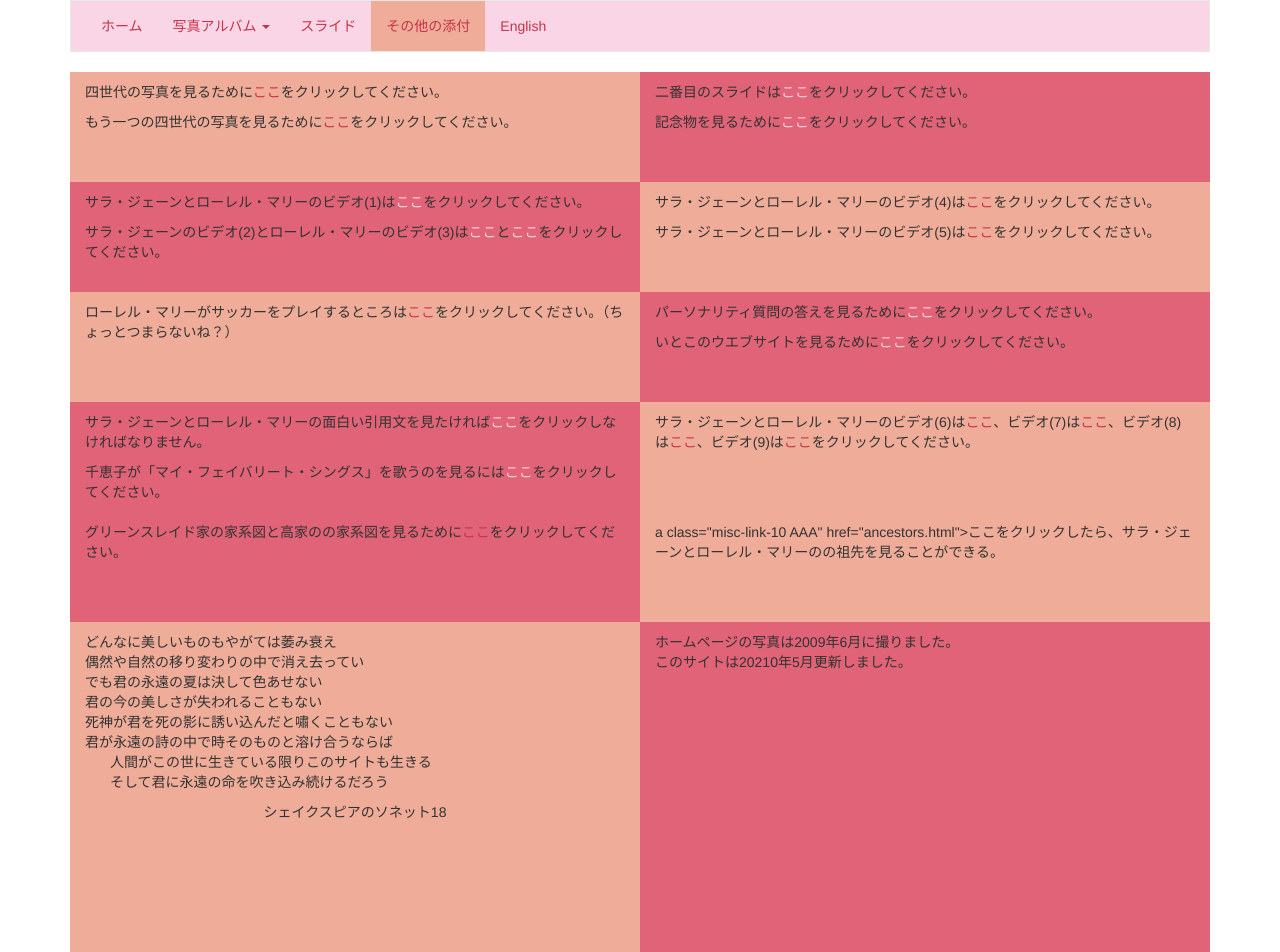
Repository: George2916/Sarah-Jane-and-Laurel-Marie
Page: misc-jap.html
The author's editor kept a record of every edit. The page is drawn from the files as they stood at one moment, then again after the next edit.
The browser window is 1280 px wide. The pictures show the whole page.

Above is the page before.
Console error: TypeError: Cannot read properties of null (reading 'style')

### misc-jap.html
<!DOCTYPE html>
<html>
<head>

    <meta charset="utf-8">
    <meta http-equiv="X-UA-Compatible" content="IE-edge">
    <meta name="viewport" content="width=device-width, initial-scale=1">
    <!--[if lt IE 9]
<script src="https://oss.maxcdn.com/html5shiv/3.7.2/html5shiv.min.js"></script>
<script src="https://oss.maxcdn.com/respond/1.4.2/respond.min.js"></script>
<![endif]-->

  <title>Miscellaneous - Japanese</title>

    <link rel="stylesheet" type="text/css" href="css/bootstrap.css">
    <link rel="stylesheet" type="text/css" href="css/mystyle.css">
    <link href="https://fonts.googleapis.com/css?family=Permanent+Marker" rel="stylesheet">


</head>

<body>

<div class="container">

    <!--collapsing navbar-->

    <nav class="navbar navbar-default">

    <div class="navbar-header">
        <button type="button" class="navbar-toggle" data-toggle="collapse" data-target="#myNavbar"><span class="glyphicon glyphicon-menu-hamburger"></span></button>
    </div>

    <div class="collapse navbar-collapse" id="myNavbar">
        <ul class="nav navbar-nav">
            <li class="DDDD"><a class="home" href="home-jap.html">ホーム</a></li>
            <li class="dropdown DDDD"><a class="active dropdown-toggle gallery-0" data-toggle="dropdown" href="#">写真アルバム <span class="caret"></span></a>
                <ul class="dropdown-menu">
                    <li><a class="gallery-1" href="gallery1-jap.html">写真アルバム 　-　2001年1月　/　2004年2月</a></li>
                    <li><a class="gallery-2" href="gallery2-jap.html">写真アルバム 　-　2004年2月　/　2006年12月</a></li>
                    <li><a class="gallery3" href="gallery3-jap.html">写真アルバム 　-　2007年6月　/　2008年11月</a></li>
                    <li><a class="gallery4" href="gallery4-jap.html">写真アルバム 　-　2008年11月　/　2009年9月</a></li>
                </ul>
            </li>
            <li class="DDDD"><a class="slideshow" href="slideshow-jap.html">スライド</a></li>
            <li class="active non-drop DDDD"><a class="misc" href="misc-jap.html">その他の添付</a></li>
            <li class="DDDD"><a href="misc.html">English</a></li>
        </ul>
    </div>

    </nav>

    <div>

        <div class="row  noPad">

            <div class="col-sm-6 color1 box1">
                <p>四世代の写真を見るために<a class="misc-link-1 AAA" href="familytreeT.html">ここ</a>をクリックしてください。</p>
                <p>もう一つの四世代の写真を見るために<a class="misc-link-1 AAA" href="familytreeM.html">ここ</a>をクリックしてください。</p>
            </div>


            <div class="col-sm-6 color2 box2">
                <p>二番目のスライドは<a class="misc-link-2 AAA" href="slideshow2-jap.html">ここ</a>をクリックしてください。</p>
                <p>記念物を見るために<a class="misc-link-2 AAA" href="flippablePhotos.html">ここ</a>をクリックしてください。</p>
            </div>


        </div><!--closes .row-->

        <div class="row  noPad">

            <div class="col-sm-6 color2 box3">
                <p>サラ<span >・</span>ジェーンとローレル<span >・</span>マリーのビデオ(1)は<a class="misc-link-3 AAA" href="https://www.youtube.com/watch?v=NwOyJzJh9Wc">ここ</a>をクリックしてください。</p>
                <p>サラ<span >・</span>ジェーンのビデオ(2)とローレル<span>・</span>マリーのビデオ(3)は<a class="misc-link-3 AAA" href="https://www.youtube.com/watch?v=lUZmNCm3aWA" target="_blank">ここ</a>と<a class="misc-link-3 AAA" href="https://www.youtube.com/watch?v=WP3CQZRvERk">ここ</a>をクリックしてください。</p>

            </div>



            <div class="col-sm-6 color1 box4">
                <p>サラ<span >・</span>ジェーンとローレル<span >・</span>マリーのビデオ(4)は<a class="misc-link-4 AAA" href="https://www.youtube.com/watch?v=_l0FIXjZr1M" target="_blank">ここ</a>をクリックしてください。</p>
                <p>サラ<span >・</span>ジェーンとローレル<span >・</span>マリーのビデオ(5)は<a class="misc-link-4 AAA" href="https://www.youtube.com/watch?v=VaALOcjoOfE" target="_blank">ここ</a>をクリックしてください。</p>
            </div>

        </div><!--closes .row-->

        <div class="row  noPad">

            <div class="col-sm-6 color1 box5J">
                <p>ローレル<span >・</span>マリーがサッカーをプレイするところは<a class="misc-link-5 AAA" href="https://www.youtube.com/watch?v=pcceURS1TcA">ここ</a>をクリックしてください。（ちょっとつまらないね？）</p>

            </div>



            <div class="col-sm-6 color2 box6">
                <p>パーソナリティ質問の答えを見るために<a class="misc-link-6 AAA" href="questionnaire-jap.html">ここ</a>をクリックしてください。</p>
                <p>いとこのウエブサイトを見るために<a class="misc-link-6 AAA" href="https://george2916.github.io">ここ</a>をクリックしてください。</p>
            </div>



        </div><!--closes .row-->

        <div class="row  noPad">

            <div class="col-sm-6 color2 box7">
                <p>サラ<span >・</span>ジェーンとローレル<span >・</span>マリーの面白い引用文を見たければ<a class="misc-link-3 AAA" href="quotes.html">ここ</a>をクリックしなければなりません。</p>
                <p>千恵子が「マイ<span >・</span>フェイバリート<span >・</span>シングス」を歌うのを見るには<a class="misc-link-3 AAA" href="https://youtu.be/F1NmzCG4n8A">ここ</a>をクリックしてください。</p>
            </div>


            <div class="col-sm-6 color1 box8J">
                <p>サラ<span >・</span>ジェーンとローレル<span >・</span>マリーのビデオ(6)は<a class="misc-link-4 AAA" href="https://youtu.be/i4otdVIbA44">ここ</a>、ビデオ(7)は<a class="misc-link-4 AAA" href="https://youtu.be/OAZ1_f3dj48">ここ</a>、ビデオ(8)は<a class="misc-link-4 AAA" href="https://youtu.be/zzMhVbymAOA">ここ</a>、ビデオ(9)は<a class="misc-link-4 AAA" href="https://youtu.be/t_HujAmd91A">ここ</a>をクリックしてください。
            </div>


        </div><!--closes .row-->

        <div class="row  noPad">

            <div class="col-sm-6 color2 box9">
                <p>グリーンスレイド家の家系図と高家のの家系図を見るために<a class="misc-link-9 AAA" href="https://george2916.github.io/GreensladeFamilyTree">ここ</a>をクリックしてください。</p>

            </div>


            <div class="col-sm-6 color1 box10">
                <p>a class="misc-link-10 AAA" href="ancestors.html">ここ</a>をクリックしたら、サラ<span >・</span>ジェーンとローレル<span >・</span>マリーのの祖先を見ることができる。
            </div>


        </div><!--closes .row-->

        <div class="row noPad">

            <div class="col-sm-6 color1 box11">
                <p>どんなに美しいものもやがては萎み衰え<br>偶然や自然の移り変わりの中で消え去ってい<br>でも君の永遠の夏は決して色あせない<br>君の今の美しさが失われることもない<br>死神が君を死の影に誘い込んだと嘯くこともない<br>君が永遠の詩の中で時そのものと溶け合うならば<br><span class="last2lines">人間がこの世に生きている限りこのサイトも生きる</span><br><span class="last2lines">そして君に永遠の命を吹き込み続けるだろう</span></p><p style="text-align: center">シェイクスピアのソネット18</p>
            </div>



            <div class="col-sm-6 color2 box12">
                <p>ホームページの写真は2009年6月に撮りました。<br>このサイトは20210年5月更新しました。</p>
            </div>

        </div><!--closes .row-->



    </div>

</div><!-closes .container-->

<script src="js/jquery-3.2.0.js"></script>
<script src="js/bootstrap.js"></script>
<script src="js/myjquery.js"></script>

</body>
</html>

### css/mystyle.css
/* color scheme

lilac: #f9d5e5

very light brown: #eeac99

pink: #e06377

red: #c83349

*/

/* STYLING FOR NAV BAR */

/* give the nav bar square corners, instead of the default rounded corners */

.navbar{
    border-radius: 0px;
}

/* change color of nav bar to lilac */

.navbar-default{
    background-color: #f9d5e5;
}

/* change the color of the lettering of Home, Slide Show and Misc. to red */

.navbar-default .navbar-collapse .navbar-nav > li > a{
     color: #c83349;
}

/* change the color of the lettering of Gallery to red */

.navbar-default .navbar-nav > .open > a,
.navbar-default .navbar-nav > .open > a:hover,
.navbar-default .navbar-nav > .open > a:focus {
    color: #c83349;
}

/* give the Home, Slide Show and Misc. tabs the color of very light brown when clicked on */

.navbar-default .navbar-nav .active a,
.navbar-default .navbar-nav .active a:hover,
.navbar-default .navbar-nav .active a:focus {
    background-color: #eeac99;
    color: #c83349;
}

/* give the Gallery tab the color of very light brown when clicked on */

.navbar-default .navbar-nav > .open > a:focus {
    background-color: #eeac99;
}

/* change color and size of the dropdown menu under the Gallery tab */

.dropdown-menu {
    background-color: #eeac99;
    padding: 0px;
    border: 0px;
    margin: 0px;
}

/* change the color of the text of the dropdown menu under the Gallery tab */

.dropdown-menu > li > a {
    color: #c83349;
}

/* make the hamburger icon have the background color of red */

.navbar-default .navbar-toggle:hover,
.navbar-default .navbar-toggle:focus {
    background-color: #eeac99;
}

.navbar-toggle{
    background-color: #c83349;
}

#bullet{

    vertical-align: text-top;
}


/* STYLING FOR HOME PAGE */

/* styling for jumbotron on Home page */

.cover-page-jumbo {
    background-color: #c83349;
    font-family: 'Permanent Marker', cursive;
    text-align: center;
    color: #f9d5e5;

}

/* styling for certain text in the Japanese translation of the Home page*/

#bullet {
    vertical-align: middle;
    letter-spacing: -10px;
}

#bullet1 {

    letter-spacing: -10px;
}

#bullet2 {

    letter-spacing: -8px;
}

#bullet3 {
    vertical-align: middle;
    letter-spacing: -14px;
}
@media only screen and (max-width: 660px) {
    .cover-page-jumbo h2{
        font-size: 140%;
    }

    .cover-page-jumbo h4{
        font-size: 90%;
    }
}

/* give the jumbrotron square corners, instead of the default rounded corners */

.container .jumbotron {
    border-radius: 0px;
}

.coverphoto {
    width: 100%;
    height: 100%;
    border: 4px solid #e06377;
}

/* resize image in jumbotron */
.coverphoto img {
    width: 100%;
    height: auto;
}


/* STYLING FOR GALLERY PAGES */

.gallery-background {
    padding: 20px;
    background-color: #c83349;
}

@media only screen and (max-width: 991px) {
    .extra-padding {
        padding-bottom: 20px;
    }
}

/* change the size of the modals for images in the Gallery which are rotated when displayed in modal format */
.gallery-rotate {
        height: 620px;
        width: 600px;
}

/* rotate certain photos in the Gallery -90 degrees when they are displayed in modal format */
.gallery-rotate img {
    -ms-transform: rotate(-90deg); /* IE 9 */
    -webkit-transform: rotate(-90deg); /* Chrome, Safari, Opera */
    transform: rotate(-90deg);
    height: 450px;
    position: absolute;
    top: 80px;
}

.pager li > a {
    background-color: #f9d5e5;
    color: #c83349;
}


/* STYLING FOR THE SLIDESHOW PAGES */

/* give pink border to the photos in the slide show */
.item > img {
    border: 4px solid #e06377;
}

/* center all img in slideshow */
.carousel-inner img {
    margin: auto;
}

/* enlarge certain pictures in the Slideshow to take up the height and width of their container */
.BBBB {
    width: 100%;
    height: auto;
}

/* give the color of smokey white to the left and right arrows in the Slideshow */

.carousel-control > span {
    color: #f5f5f5;
}

/* make the carousel captions the color of smokey white */
.carousel-caption {
    color: #f5f5f5;
}

/* give the color of smokey white to the border of the carousel indicators */
.carousel-indicators li {
    border: 1px solid #f5f5f5;
}

/* give the color of smokey white to the active carousel indicator */
.carousel-indicators .active {
     background-color: white;
}

/* hide carousel indicators and delete the <h4> captions in screen widths below 992px */
@media only screen and (max-width: 991px) {
    .carousel-indicators > li {
        display: none;
    }
    .carousel-caption > h4 {
        display: none;
    }
}

/* make font-size smaller in screen widths below 575px */
@media only screen and (max-width: 575px) {
    .carousel-caption h3 {
        font-size: 75%;
    }
}


/* STYLING FOR MISCELLANEOUS PAGE */

.color1 {
    background-color: #eeac99;
    height: 110px;
    padding-top: 10px;
}

.color2 {
    background-color: #e06377;
    height: 110px;
    padding-top: 10px;
}

.noPad {margin-right: 0px;
    margin-left: 0px;
}

/* STYLING FOR THE FAMILYTREEM.HTML AND FAMILYTREET.HTML DOCS */

.family-tree-jumbo {
    background-color: #f9d5e5;
    font-family: 'Permanent Marker', cursive;
    text-align: center;
}

.family-tree-jumbo > h3 {
    color: #c83349;
}

/* rotate the fourgenerationsM photo 90 degrees */
.fourgenerationsM img {
    width: 100%;
    height: auto;
   -ms-transform: rotate(90deg); /* IE 9 */
    -webkit-transform: rotate(90deg); /* Chrome, Safari, Opera */
    transform: rotate(90deg);
    position: relative;
    top: 60px;
    border: solid 5px #e06377;
}

/* adjust the position of the fourgenerationsM photo and related text, depending on the screen size */
@media only screen and (max-width: 1199px) {
    .fourgenerationsM img {
        position: relative;
        top: 50px;
    }
    .customclassM {
        position: relative;
        top: 2px;
    }
}

@media only screen and (max-width: 991px) {
    .fourgenerationsM img {
        position: relative;
        top: 100px;
    }
    .customclassM {
        position: relative;
        top: 250px;
        left: 50px;
    }
}

@media only screen and (max-width: 767px) {
    .fourgenerationsM img {
        position: relative;
        top: 120px;
    }
    .customclassM {
        position: relative;
        top: 250px;
        left: 0px;
    }
}

/* adjust the positioning of the fourgenerationsT photo and related text, depending on the screen size */
@media only screen and (min-width: 992px) {
    .fourgenerationsT img {
        width: 100%;
        height: auto;
        position: relative;
        left: 50px;
        top: 20px;
        border: solid 5px #e06377;
    }
    .customclassT {
        position: relative;
        left: 50px;
    }
}

@media only screen and (min-width: 768px) {
    .fourgenerationsT img {
        width: 100%;
        height: auto;
        border: solid 5px #e06377;
    }
    .customclassT {
        position: relative;
        top: 20px;
        left: 50px;
    }
}

@media only screen and (min-width: 100px) {
    .fourgenerationsT img {
        width: 100%;
        height: auto;
        border: solid 5px #e06377;
    }
    .customclassT {
        position: relative;
        top: 20px;
    }
}

/* change the size of the modal for the fourgenerationsM photo when displayed in modal format */
.fourgenerationsM-modal {
        height: 620px;
        width: 600px;
}

/* rotate the fourgenerationsM photo 90 degrees when it is displayed in modal format */
.fourgenerationsM-modal img {
    -ms-transform: rotate(90deg); /* IE 9 */
    -webkit-transform: rotate(90deg); /* Chrome, Safari, Opera */
    transform: rotate(90deg);
    height: 450px;
    position: absolute;
    top: 80px;
}

.withtext {
    text-align: center;
    border: 2px solid black;
}

.withtext1 {
    border: 3.4px solid black;
    text-align: center;
}

.withsymbol {
    text-align: center;
}

.specialborder {
    border: solid 3px #e06377;
}


/* STYLING FOR QUESTIONNAIRE */

#heading, #headingJ{
    background-color: #c83349;
    font-family: 'Permanent Marker', cursive;
    text-align: center;
    color: #f9d5e5;
}

#Qborder, #QborderJ{
    border-width: 10px;
    border-style: solid;
    border-color: #f9d5e5;
}

#first-row, #first-rowJ{
    height: 2.5em;
}

#sjButtonJap > .btn,
#lmButtonJap > .btn {
    font-size: 75%;
}

@media only screen and (max-width: 767px) {
    #sjButtonJap > .btn,
    #lmButtonJap > .btn {
        font-size: 75%;
    }
}

@media only screen and (max-width: 640px) {
    #sjButtonJap > .btn,
    #lmButtonJap > .btn {
        font-size: 70%;
    }
}

@media only screen and (max-width: 575px) {
    #sjButtonJap > .card_back,
    #lmButtonJap > .card_back {
        font-size: 65%;
    }
    #sjButtonJap > .card_front,
    #lmButtonJap > .card_front {
        font-size: 65%;
    }
}

.card{
  position: relative;
  width: 25%;
  text-align: center;
}

.card_front,
.card_back{
  position: absolute;
  top: 0;
  left: 0;
  width: 100%;
  height: 100%;
}

.card_front,
.card_back{
  -webkit-backface-visibility: hidden;
          backface-visibility: hidden;
  -webkit-transition: -webkit-transform 0.3s;
          transition: transform 0.3s;
}

.card_front{
  background-color: #eeac99;
}

.card_back{
  background-color: #eeac99;
  -webkit-transform: rotateY(-180deg);
          transform: rotateY(-180deg);
}

.card.effect_hover:hover .card_front{
  -webkit-transform: rotateY(-180deg);
          transform: rotateY(-180deg);
}

.card.effect_hover:hover .card_back{
  -webkit-transform: rotateY(0);
          transform: rotateY(0);
}

.customBtn{

  border-right: 6px solid #eeac99;
  border-bottom: 6px solid #eeac99;
  border-right-style: outset;
  border-bottom-style: outset;
}

.question{
    background-color: #eeac99;
}

#hiddenSJ-1, #hiddenSJ-2, #hiddenSJ-3, #hiddenSJ-4, #hiddenSJ-5, #hiddenSJ-6, #hiddenSJ-7, #hiddenSJ-8, #hiddenSJ-9, #hiddenSJ-10, #hiddenSJ-11, #hiddenSJ-12, #hiddenSJ-13, #hiddenSJ-14, #hiddenSJ-15, #hiddenSJ-16, #hiddenSJ-17, #hiddenSJ-18, #hiddenSJ-19, #hiddenSJ-20, #hiddenSJ-21, #hiddenSJ-22, #hiddenSJ-23, #hiddenSJ-24, #hiddenSJ-25, #hiddenLM-1, #hiddenLM-2, #hiddenLM-3, #hiddenLM-4, #hiddenLM-5, #hiddenLM-6, #hiddenLM-7, #hiddenLM-8, #hiddenLM-9, #hiddenLM-10, #hiddenLM-11, #hiddenLM-12, #hiddenLM-13, #hiddenLM-14, #hiddenLM-15, #hiddenLM-16, #hiddenLM-17, #hiddenLM-18, #hiddenLM-19, #hiddenLM-20, #hiddenLM-21, #hiddenLM-22, #hiddenLM-23, #hiddenLM-24, #hiddenLM-25, #hiddenSJJ-1, #hiddenSJJ-2, #hiddenSJJ-3, #hiddenSJJ-4, #hiddenSJJ-5, #hiddenSJJ-6, #hiddenSJJ-7, #hiddenSJJ-8, #hiddenSJJ-9, #hiddenSJJ-10, #hiddenSJJ-11, #hiddenSJJ-12, #hiddenSJJ-13, #hiddenSJJ-14, #hiddenSJJ-15, #hiddenSJJ-16, #hiddenSJJ-17, #hiddenSJJ-18, #hiddenSJJ-19, #hiddenSJJ-20, #hiddenSJJ-21, #hiddenSJJ-22, #hiddenSJJ-23, #hiddenSJJ-24, #hiddenSJJ-25, #hiddenLMJ-1, #hiddenLMJ-2,  #hiddenLMJ-3, #hiddenLMJ-4, #hiddenLMJ-5, #hiddenLMJ-6, #hiddenLMJ-7, #hiddenLMJ-8, #hiddenLMJ-9, #hiddenLMJ-10, #hiddenLMJ-11, #hiddenLMJ-12, #hiddenLMJ-13, #hiddenLMJ-14, #hiddenLMJ-15, #hiddenLMJ-16, #hiddenLMJ-17, #hiddenLMJ-18, #hiddenLMJ-19, #hiddenLMJ-20, #hiddenLMJ-21, #hiddenLMJ-22, #hiddenLMJ-23, #hiddenLMJ-24, #hiddenLMJ-25 {
    background-color: #eeac99;
}


/* STYLING FOR FLIPPABLE PHOTOS (MEMENTOS) */

.FPborder{
    border-width: 10px 10px 1px 10px;
    border-style: solid;
    border-color: #f9d5e5;
}

.FPheading{
    background-color: #c83349;
    font-family: 'Permanent Marker', cursive;
    text-align: center;
    color: #f9d5e5;
    padding-bottom: 20px;
}

.FPbackground{
    border-width: 0px 10px 10px 10px;
    border-style: solid;
    border-color: #f9d5e5;
    background-color: #eeac99;
    padding: 0px 20px 0px 20px;
}

.FPtextHeading{
    padding: 0px 20px;
}

.pic-front{
    box-shadow: 5px 5px 5px #c83349;
    margin-bottom: 20px;
}

.pic-back{
    display:none;
    box-shadow: 5px 5px 5px #c83349;
    margin-bottom: 20px;
}

.FPtext{
    color: #c83349;
}

/* rotation of images */

#front1{
  transform: rotate(3deg);
}

#front1:hover{
  transform: rotate(0deg);
  cursor: grab;
}

#back1-1{
  transform: rotate(3deg);
}

#back1-1:hover{
  transform: rotate(0deg);
  cursor: grab;
}

#back1-2{
  transform: rotate(3deg);
}

#back1-2:hover{
  transform: rotate(0deg);
  cursor: grab;
}

#front2{
  transform: rotate(1deg);
}

#front2:hover{
  transform: rotate(0deg);
  cursor: grab;
}

#back2{
  transform: rotate(1deg);
}

#back2:hover{
  transform: rotate(0deg);
  cursor: grab;
}

#front3{
  transform: rotate(-3deg);
}

#front3:hover{
  transform: rotate(0deg);
  cursor: grab;
}

#back3-1{
  transform: rotate(-3deg);
}

#back3-1:hover{
  transform: rotate(0deg);
  cursor: grab;
}

#back3-2{
  transform: rotate(-3deg);
}

#back3-2:hover{
  transform: rotate(0deg);
  cursor: grab;
}

#front4{
  transform: rotate(3deg);
}

#front4:hover{
  transform: rotate(0deg);
  cursor: grab;
}

#back4{
  transform: rotate(3deg);
}

#back4:hover{
  transform: rotate(0deg);
  cursor: grab;
}

#front5{
  transform: rotate(1deg);
}

#front5:hover{
  transform: rotate(0deg);
  cursor: grab;
}

#back5{
  transform: rotate(1deg);
}

#back5:hover{
  transform: rotate(0deg);
  cursor: grab;
}

#front6{
  transform: rotate(-7deg);
}

#front6:hover{
  transform: rotate(-0deg);
  cursor: grab;
}

#back6{
  transform: rotate(-7deg);
}

#back6:hover{
  transform: rotate(-0deg);
  cursor: grab;
}

#front7{
  transform: rotate(1deg);
}

#front7:hover{
  transform: rotate(0deg);
  cursor: grab;
}

#back7-1{
  transform: rotate(1deg);
}

#back7-1:hover{
  transform: rotate(0deg);
  cursor: grab;
}

#back7-2{
  transform: rotate(1deg);
}

#back7-2:hover{
  transform: rotate(0deg);
  cursor: grab;
}

#back7-3{
  transform: rotate(1deg);
}

#back7-3:hover{
  transform: rotate(0deg);
  cursor: grab;
}

#front8{
  transform: rotate(-5deg);
}

#front8:hover{
  transform: rotate(0deg);
  cursor: grab;
}

#back8{
  transform: rotate(-5deg);
}

#back8:hover{
  transform: rotate(0deg);
  cursor: grab;
}

#front9{
  transform: rotate(-3deg);
}

#front10{
  transform: rotate(2deg);
}

#front10:hover{
  transform: rotate(0deg);
  cursor: grab;
}

#back10-1{
  transform: rotate(2deg);
}

#back10-1:hover{
  transform: rotate(0deg);
  cursor: grab;
}

#back10-2{
  transform: rotate(2deg);
}

#back10-2:hover{
  transform: rotate(0deg);
  cursor: grab;
}

#back10-3{
  transform: rotate(2deg);
}

#back10-3:hover{
  transform: rotate(0deg);
  cursor: grab;
}

#back10-4{
  transform: rotate(2deg);
}

#back10-4:hover{
  transform: rotate(0deg);
  cursor: grab;
}

#back10-5{
  transform: rotate(2deg);
}

#back10-5:hover{
  transform: rotate(0deg);
  cursor: grab;
}

#front11{
  transform: rotate(2deg);
}

#front11:hover{
  transform: rotate(0deg);
}

#front12{
  transform: rotate(-2deg);
}

#front12:hover{
  transform: rotate(0deg);
  cursor: grab;
}

#back12{
  transform: rotate(-2deg);
}

#back12:hover{
  transform: rotate(0deg);
  cursor: grab;
}

#front13{
  transform: rotate(-2deg);
}

#front13:hover{
  transform: rotate(0deg);
  cursor: grab;
}

#back13{
  transform: rotate(-2deg);
}

#back13:hover{
  transform: rotate(0deg);
  cursor: grab;
}

#front14{
  transform: rotate(3deg);
}

#front14:hover{
  transform: rotate(0deg);
  cursor: grab;
}

#back14{
  transform: rotate(3deg);
}

#back14:hover{
  transform: rotate(0deg);
  cursor: grab;
}



/* STYLING FOR QUOTES.HTML */


.qText1{
    color: #c83349;
    font-family: 'Permanent Marker', cursive;
    padding: 0px 50px;
    text-align: center;
}

.qText2{
    color: #c83349;
    font-family: 'Permanent Marker', cursive;
    padding: 0px 60px;
    text-align: center;

}

.qBackground1{
    border-width: 0px 10px 1px 10px;
    border-style: solid;
    border-color: #f9d5e5;
    background-color: #eeac99;
    padding: 20px 20px 0px 20px
}

.qBackground2{
    border-width: 0px 10px 10px 10px;
    border-style: solid;
    border-color: #f9d5e5;
    background-color: #eeac99;
    padding: 20px 20px 20px 20px
}

#quote1{
    text-decoration: underline;
}

.noPad {margin-right: 0px;
    margin-left: 0px;}

Loaded but not shown: css/bootstrap.css (library); js/jquery-3.2.0.js (library); js/bootstrap.js (library); js/myjquery.js (library)

After the next edit:
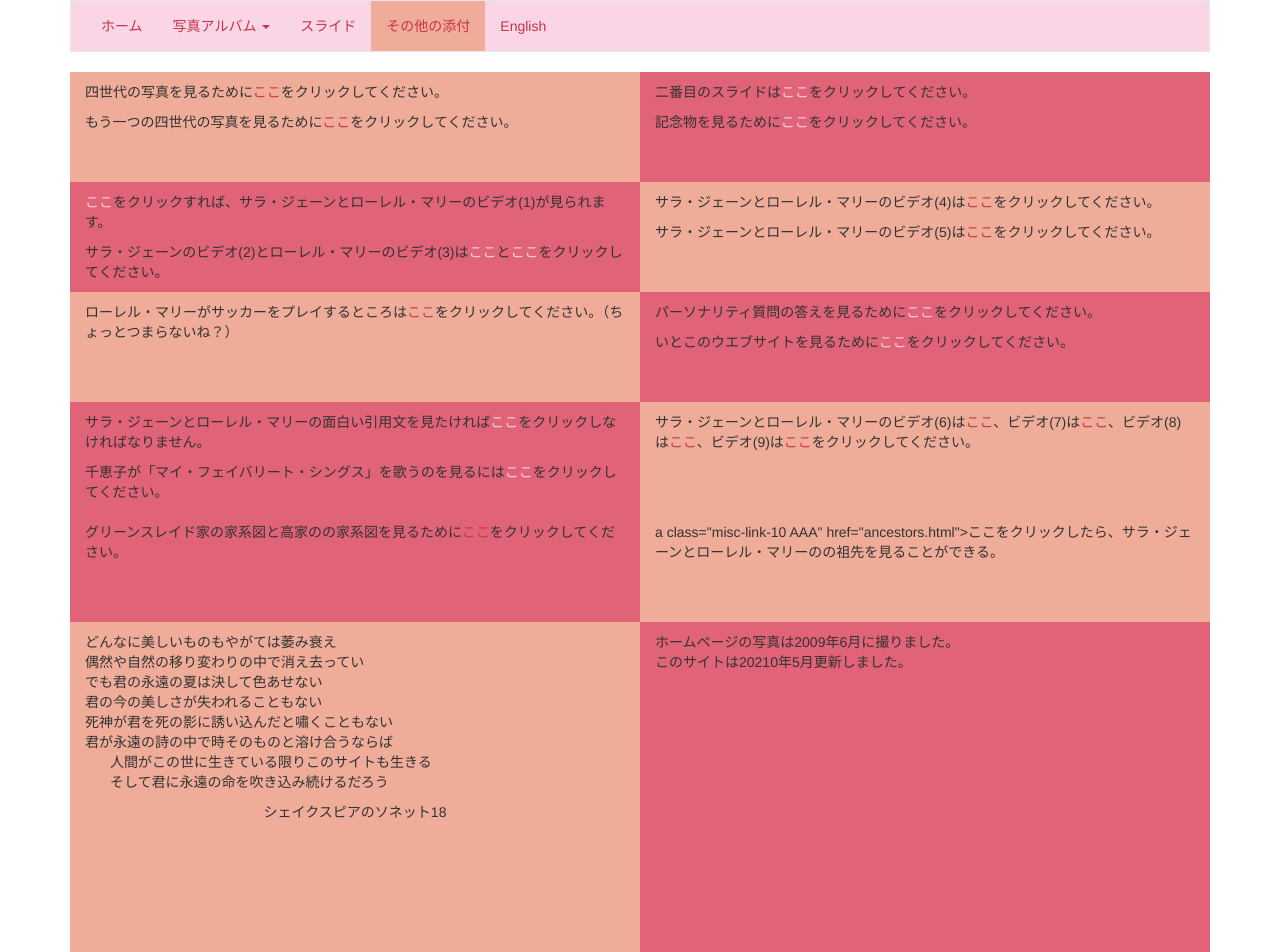
The edit:
--- a/misc-jap.html
+++ b/misc-jap.html
@@ -71,7 +71,7 @@
         <div class="row  noPad">
 
             <div class="col-sm-6 color2 box3">
-                <p>サラ<span >・</span>ジェーンとローレル<span >・</span>マリーのビデオ(1)は<a class="misc-link-3 AAA" href="https://www.youtube.com/watch?v=NwOyJzJh9Wc">ここ</a>をクリックしてください。</p>
+                <p><a class="misc-link-3 AAA" href="https://www.youtube.com/watch?v=NwOyJzJh9Wc">ここ</a>をクリックすれば、サラ<span >・</span>ジェーンとローレル<span >・</span>マリーのビデオ(1)が見られます。</p>
                 <p>サラ<span >・</span>ジェーンのビデオ(2)とローレル<span>・</span>マリーのビデオ(3)は<a class="misc-link-3 AAA" href="https://www.youtube.com/watch?v=lUZmNCm3aWA" target="_blank">ここ</a>と<a class="misc-link-3 AAA" href="https://www.youtube.com/watch?v=WP3CQZRvERk">ここ</a>をクリックしてください。</p>
 
             </div>
